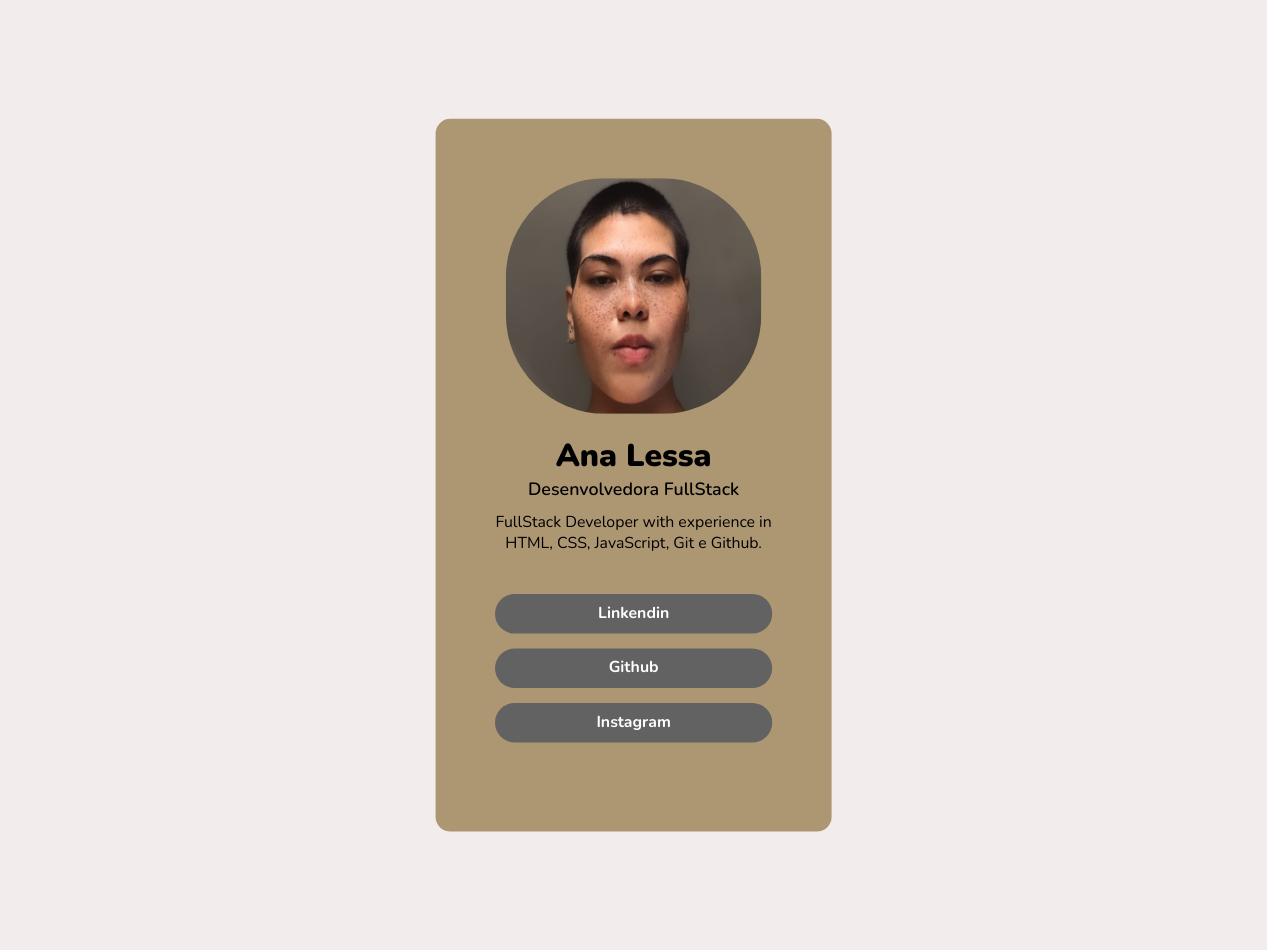
Repository: analessp/linktree
Page: index.html
The author's editor kept a copy of each file at every save. The page is drawn from the files as they stood at one save, then again after the next save.
The browser window is 1280 px wide. The pictures show the whole page, at 99% of full size.

Above is the page before, as saved 2025-04-11 10:26:35.

After the next save:
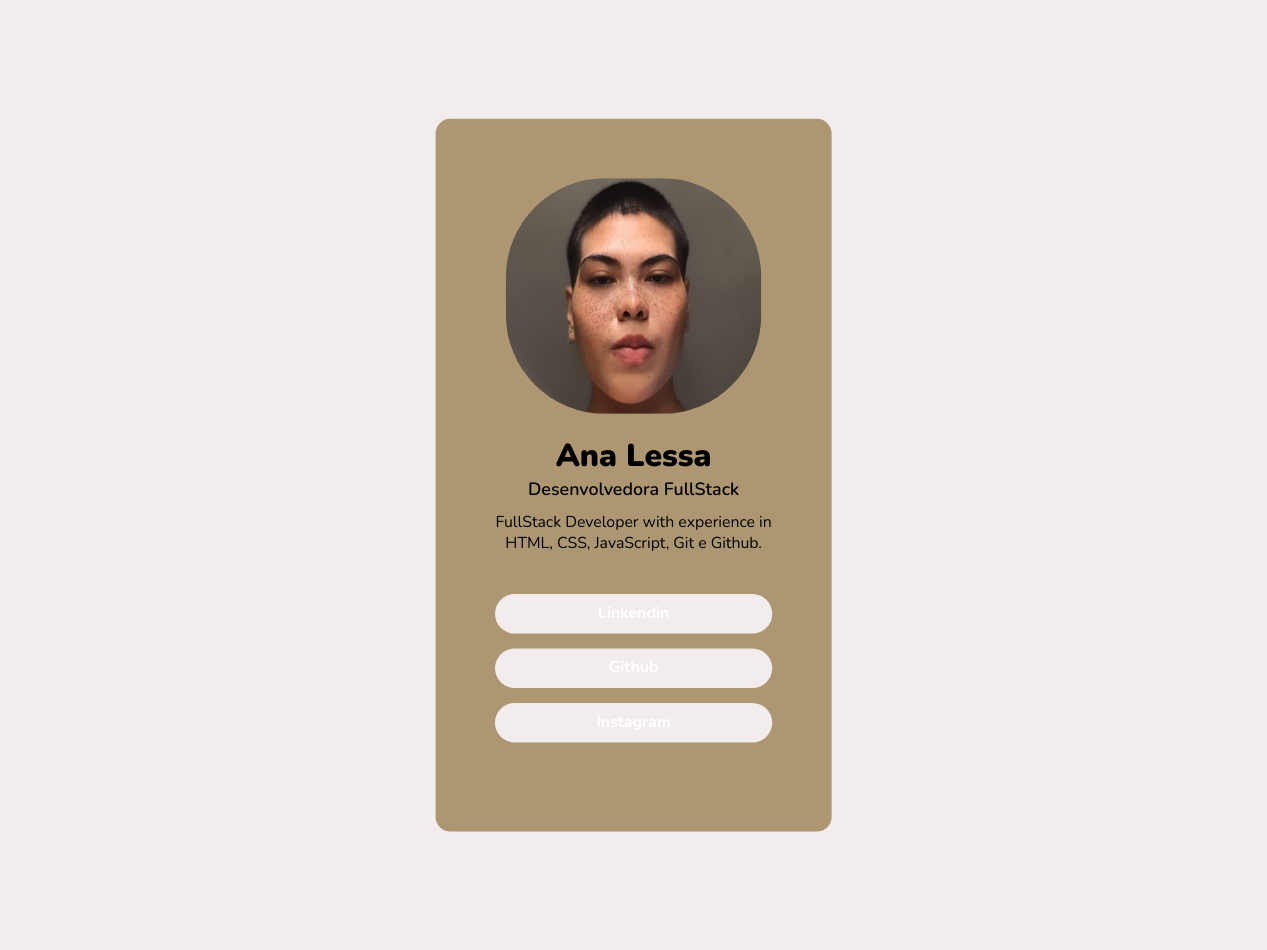
Saved 25 s later.
--- a/style.css
+++ b/style.css
@@ -56,7 +56,7 @@ margin-bottom: 10px;
 .container-social-links li {
     width: 280px;
     height: 40px;
-    background-color: #636262;
+    background-color: #f2ecec;
     margin: 15px 0;
     padding: 8px 0;
     border-radius: 20px;
